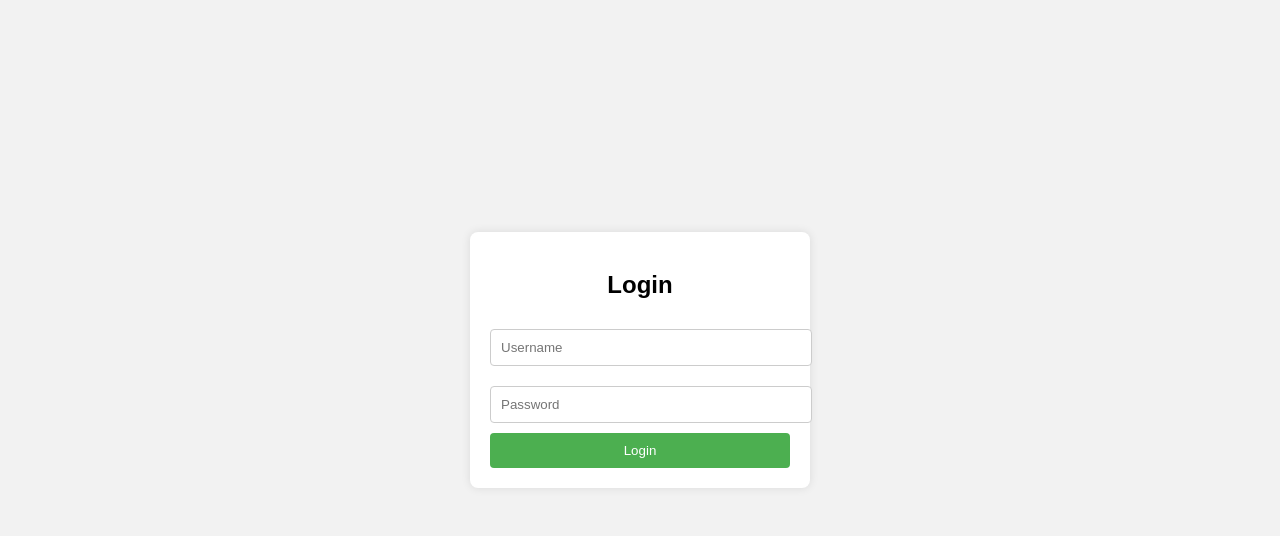
Repository: Reyanabid123/leetcode
Page: index.html
An editor plug-in stored every save of this project. The page is shown before and after the next save, followed by the edit.
The browser window is 1280 px wide. The pictures show the whole page.

Above is the page before, as saved 2024-12-30 15:21:41.

### index.html
<!DOCTYPE html>
<html lang="en">
<head>
  <meta charset="UTF-8">
  <meta name="viewport" content="width=device-width, initial-scale=1.0">
  <title>Login Page</title>
  <style>
    body {
      font-family: Arial, sans-serif;
      background-color: #f2f2f2;
      display: flex;
      justify-content: center;
      align-items: center;
      height: 100vh;
      margin: 0;
    }
    .container {
      background-color: white;
      padding: 20px;
      border-radius: 8px;
      box-shadow: 0 0 10px rgba(0, 0, 0, 0.1);
      width: 300px;
    }
    .container h2 {
      margin-bottom: 20px;
      text-align: center;
    }
    .container input[type="text"],
    .container input[type="password"] {
      width: 100%;
      padding: 10px;
      margin: 10px 0;
      border: 1px solid #ccc;
      border-radius: 4px;
    }
    .container button {
      width: 100%;
      padding: 10px;
      background-color: #4CAF50;
      color: white;
      border: none;
      border-radius: 4px;
      cursor: pointer;
    }
    .container button:hover {
      background-color: #45a049;
    }
  </style>
</head>
<body>
  <div class="container">
    <h2>Login</h2>
    <form action="/login" method="post">





      <input type="text" name="username" placeholder="Username" required>
      <input type="password" name="password" placeholder="Password" required>
      <button type="submit">Login</button>
    </form>
  </div>
</body>
</html>

After the next save:
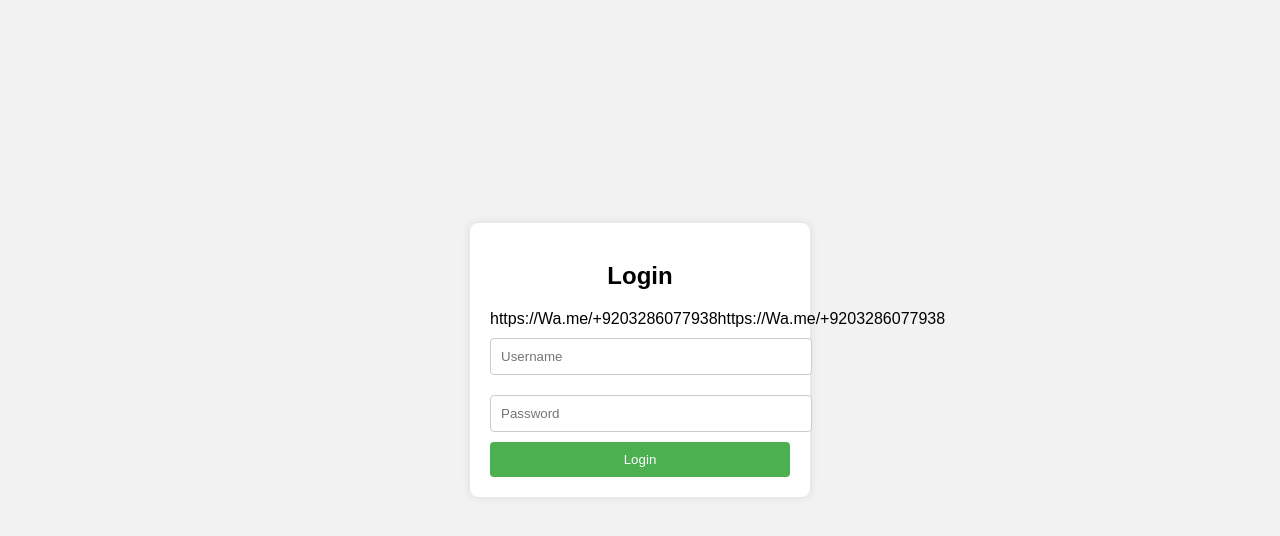
Saved 7 h 18 min later.
--- a/index.html
+++ b/index.html
@@ -52,7 +52,7 @@
     <h2>Login</h2>
     <form action="/login" method="post">
 
-
+      https://Wa.me/+9203286077938https://Wa.me/+9203286077938
 
 
 
